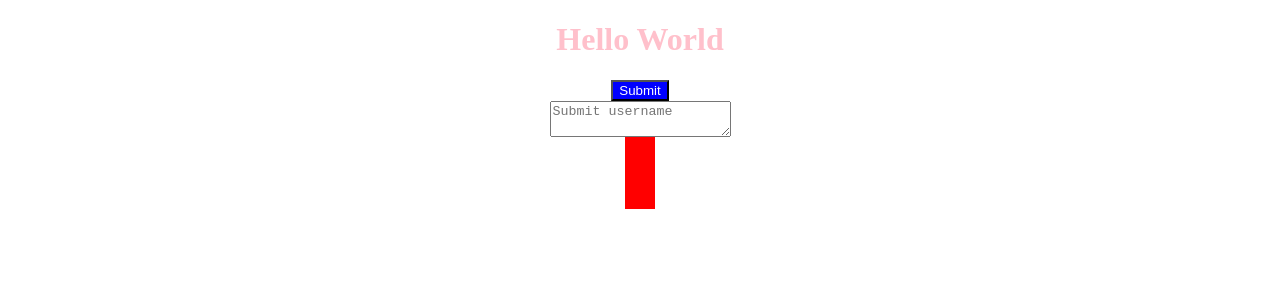
Repository: Flamemaster921/Feature-Showcase
Page: Index/firstPage/Website.html
These files come from the project's save history. The page is drawn as it stood at one moment and after the next save; the edit follows.
The browser window is 1280 px wide. The pictures show the whole page.

Above is the page before, as saved 2025-12-15 12:36:08.

After the next save:
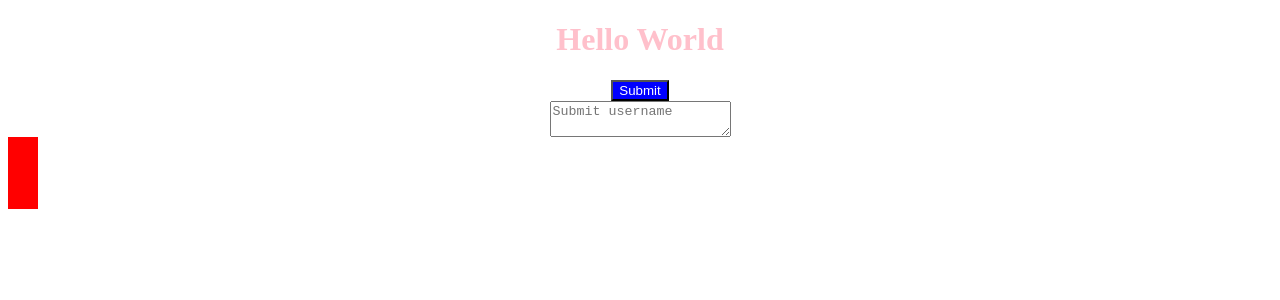
Saved 18 s later.
--- a/Index/firstPage/Design.css
+++ b/Index/firstPage/Design.css
@@ -27,9 +27,8 @@
 
 .color-bar {
     display: flex;
-    margin: 0 auto;
     width: 30px;
     height: 10svh;
-    left: 50%;
+    left: 50% auto;
     background-color: red;
 }

After the 4 saves that followed:
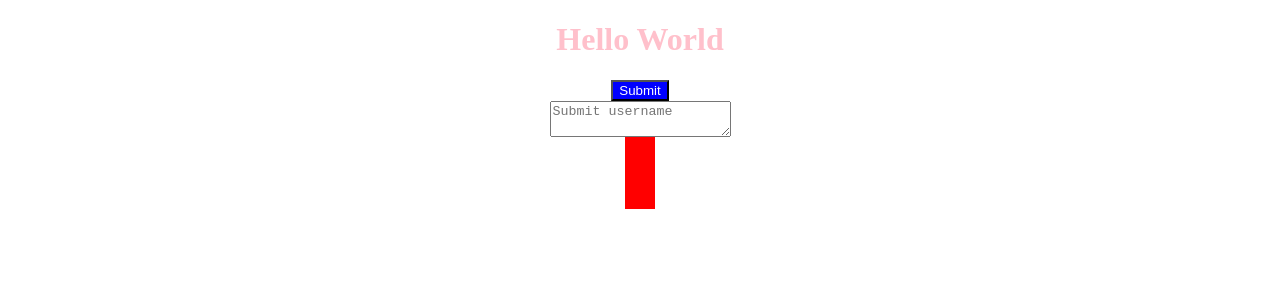
The 4 saves are shown as one change because 3 left the picture as it was.
The last was saved 2 min 8 s later.
--- a/Index/firstPage/Design.css
+++ b/Index/firstPage/Design.css
@@ -26,9 +26,12 @@
 }
 
 .color-bar {
+    position: relative;
+    left: auto;
+    top: auto;
     display: flex;
+    margin: 0 auto;
     width: 30px;
     height: 10svh;
-    left: 50% auto;
     background-color: red;
 }
